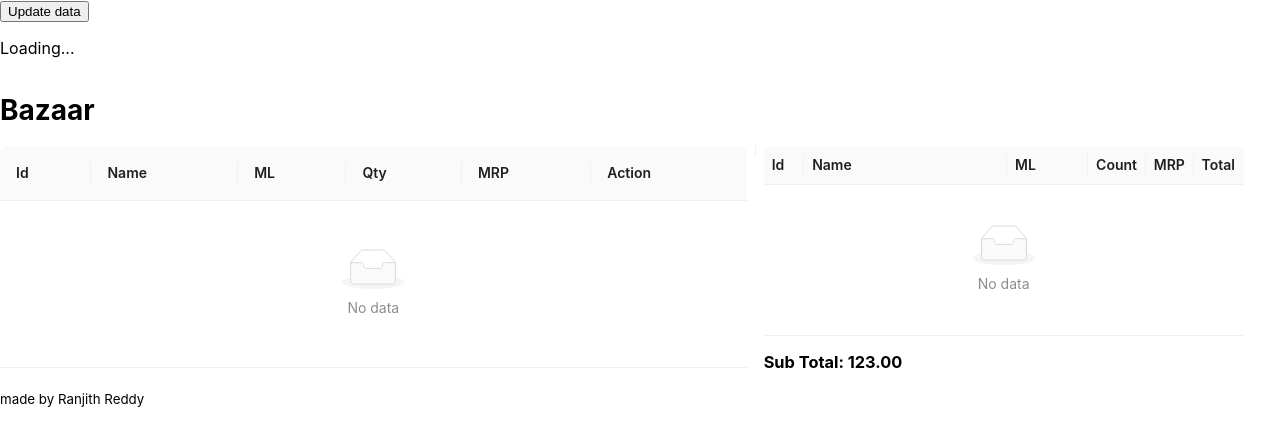
Repository: rxg8255/bazaar
Page: /
The author's editor kept a copy of each file at every save. The page is drawn from the files as they stood at one save, then again after the next save.
The browser window is 1280 px wide. The pictures show the whole page.
The page's requests for data from a server got no answer. The project was rebuilt for these pictures with package versions that can differ from the ones it lists, and the page was loaded fresh each time. No one was signed in, and anything a server would have sent is missing. Also part of the build but not shown: src/App.css.

Above is the page before, as saved 2024-01-28 19:40:30.

### src/App.js
import Cart from "./Cart";
import "./App.css";
import Product from "./Products";
import { Row, Col, Divider } from "antd";
import React, { useState, useEffect } from "react";
import Parent from "./Parent";

function App() {
  const [cartData, setCartData] = useState([]);
  const [cartTempData, setCartTempData] = useState([]);

  let tempData = [];

  const addData = (item) => {
    console.log("You added item:", item);
    cartData.push(item);
    setCartData(cartData);
    tempData = cartData;
    console.log("Cart data after adding item", cartData);
    // setCartTempData(cartData);
    debugger;
  };

  useEffect(() => {
    debugger;
    console.log("Cart data is updated");
  }, [tempData]);

  return (
    <div className="container">
      <Parent />
      <Row>
        <Col span={24}>
          <h1>Bazaar</h1>
        </Col>
      </Row>
      <Row>
        <Col span={14}>
          <Product onData={addData} />
        </Col>
        <Divider type="vertical" />
        {/* <Col span={1}></Col> */}
        <Col span={9}>
          <Cart cartListData={cartTempData} />
        </Col>
      </Row>
      <footer>
        <small>made by Ranjith Reddy</small>
      </footer>
    </div>
  );
}

export default App;

### src/Cart.js
import React, { useState, useEffect } from "react";
import { Table } from "antd";

function Cart({ cartListData }) {
  const columns = [
    {
      title: "Id",
      dataIndex: "key",
      width: 40,
      fixed: "left",
    },
    {
      title: "Name",
      dataIndex: "name",
      width: 200,
      fixed: "left",
    },
    {
      title: "ML",
      dataIndex: "quantity",
      width: 80,
      fixed: "left",
    },
    {
      title: "Count",
      dataIndex: "count",
      width: 40,
      fixed: "left",
    },
    {
      title: "MRP",
      dataIndex: "mrp_price",
      width: 40,
      fixed: "left",
    },
    {
      title: "Total",
      dataIndex: "total_price",
      width: 40,
      fixed: "left",
    },
  ];

  const [cartState, setCartState] = useState(cartListData);
  useEffect(() => {
    console.log("Cart state changed");
    setCartState(cartListData);
  }, [cartListData]);

  return (
    <div>
      <Table columns={columns} dataSource={cartState} size="small" />
      <h3>Sub Total: 123.00</h3>
    </div>
  );
}

export default Cart;

### src/Products.js
import React, { useState, useEffect } from "react";
import axios from "axios";
import { Table, Button } from "antd";

function Product(props) {
  const columns = [
    {
      title: "Id",
      dataIndex: "key",
    },
    {
      title: "Name",
      dataIndex: "name",
    },
    {
      title: "ML",
      dataIndex: "quantity",
    },
    {
      title: "Qty",
      dataIndex: "available",
    },
    {
      title: "MRP",
      dataIndex: "mrp_price",
    },
    {
      title: "Action",
      key: "action",
      render: (text, record, index) => (
        <Button onClick={() => handleButtonClick(record)}>Add</Button>
      ),
    },
  ];

  const [data, setData] = useState([]);

  const handleButtonClick = (record) => {
    console.log("You clicked the button with data", record);
    props.onData(record);
  };

  useEffect(() => {
    const fetchData = async () => {
      // Try to get the data from the API endpoint
      try {
        // Use axios.get to make a GET request with the URL
        const response = await axios.get(
          "http://127.0.0.1:8000/api/inventory/"
        );
        // Set the data state with the response data
        setData(response.data);
      } catch (error) {
        console.error(error);
      }
    };
    fetchData();
  }, []);

  return (
    <div>
      <Table columns={columns} dataSource={data} />
    </div>
  );
}

export default Product;

### src/Parent.js
import React, { useState } from "react";
import Child from "./Child";
import axios from "axios";

const Parent = () => {
  // Declare a state variable and a setter function
  const [data, setData] = useState(null);

  // A function to update the data
  const updateData = () => {
    const fetchData = async () => {
      // Try to get the data from the API endpoint
      try {
        // Use axios.get to make a GET request with the URL
        const response = await axios.get(
          "http://127.0.0.1:8000/api/inventory/"
        );
        // Set the data state with the response data
        setData(response.data);
      } catch (error) {
        console.error(error);
      }
    };
    // Fetch some data from an API or other source
    fetchData().then((data) => setData(data));
  };

  return (
    <div>
      <button onClick={updateData}>Update data</button>
      <Child data={data} />
    </div>
  );
};
export default Parent;

### src/Child.js
import React, { useEffect } from "react";

// The child component that receives the data as a prop
const Child = ({ data }) => {
  // Use the useEffect hook to do something when the data changes
  useEffect(() => {
    // Check if the data is not null
    if (data) {
      // Do something with the data, such as displaying it or updating the state
      console.log(data);
    }
  }, [data]); // Pass the data as a dependency array

  return <div>{data ? <p data={data} /> : <p>Loading...</p>}</div>;
};
export default Child;

Loaded but not shown: public/index.html (common file); src/index.js (common file); src/index.css (common file); src/reportWebVitals.js (common file)

After the next save:
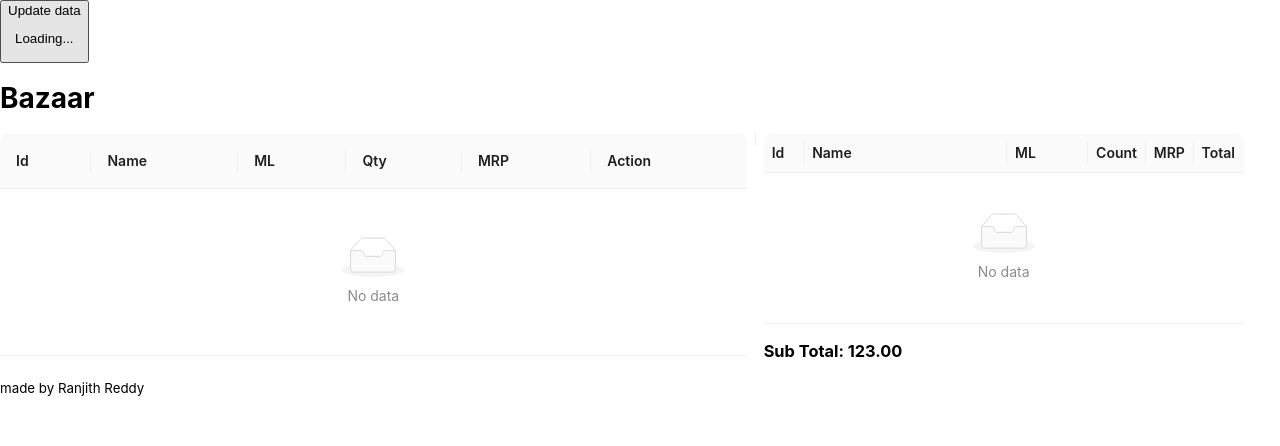
Saved 59 s later.
--- a/src/Parent.js
+++ b/src/Parent.js
@@ -27,8 +27,10 @@ const Parent = () => {
 
   return (
     <div>
-      <button onClick={updateData}>Update data</button>
-      <Child data={data} />
+      <button onClick={updateData}>
+        Update data
+        <Child data={data} />
+      </button>
     </div>
   );
 };
